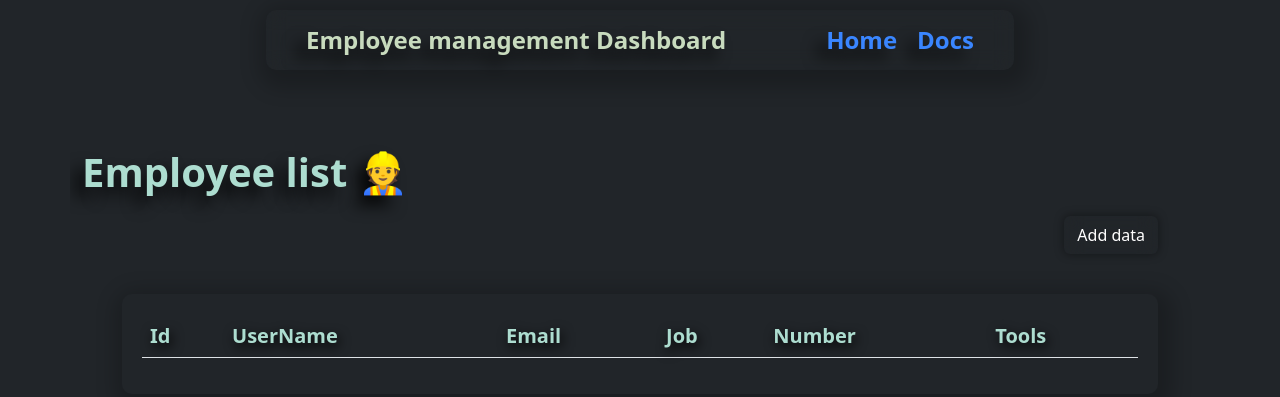
Repository: iamevs/Employee-Management-System
Page: /home (app in client/)
These files come from the project's save history. The page is drawn as it stood at one moment and after the next save; the edit follows.
The browser window is 1280 px wide. The pictures show the whole page.
The page's requests for data from a server got no answer. The project was rebuilt for these pictures with package versions that can differ from the ones it lists, and the page was loaded fresh each time. No one was signed in, and anything a server would have sent is missing. Also part of the build but not shown: client/vite.config.js, client/src/components/Register.jsx, client/src/components/Edit.jsx, client/src/components/Hero.jsx. Imported but missing from the stored project, and not drawn on this page: client/src/components/Details.

Above is the page before, as saved 2022-11-29 00:36:03.

After the next save:
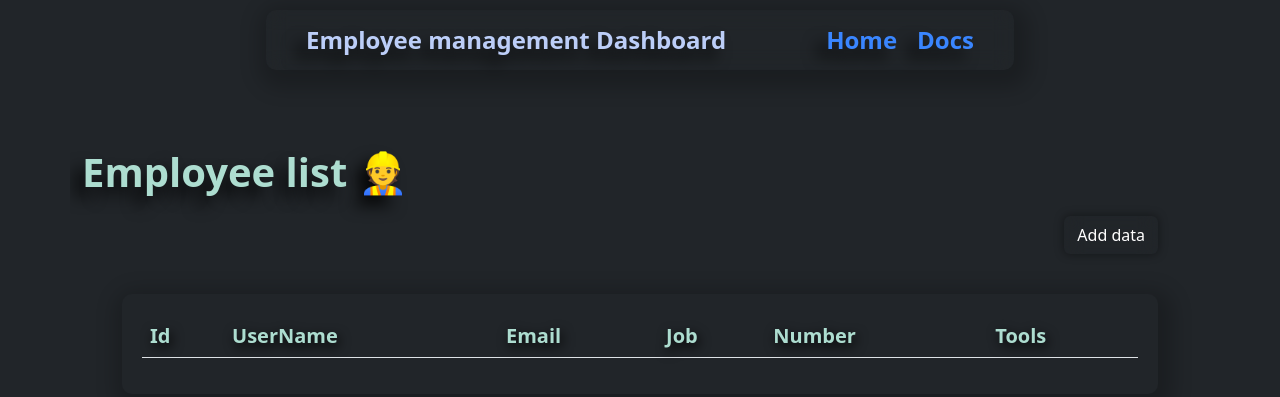
Saved 17 s later.
--- a/client/src/components/Navbar.jsx
+++ b/client/src/components/Navbar.jsx
@@ -19,7 +19,7 @@ const Navbar = () => {
             }}>
                 <Box sx={{
                     fontSize: "1.5rem",
-                    color: "#C8DBBE",
+                    color: "#BCCEF8",
                     fontWeight: "600",
                     textShadow: "-10px 10px 15px rgba(0, 0, 0, 0.8)",
                     marginRight: "100px"
